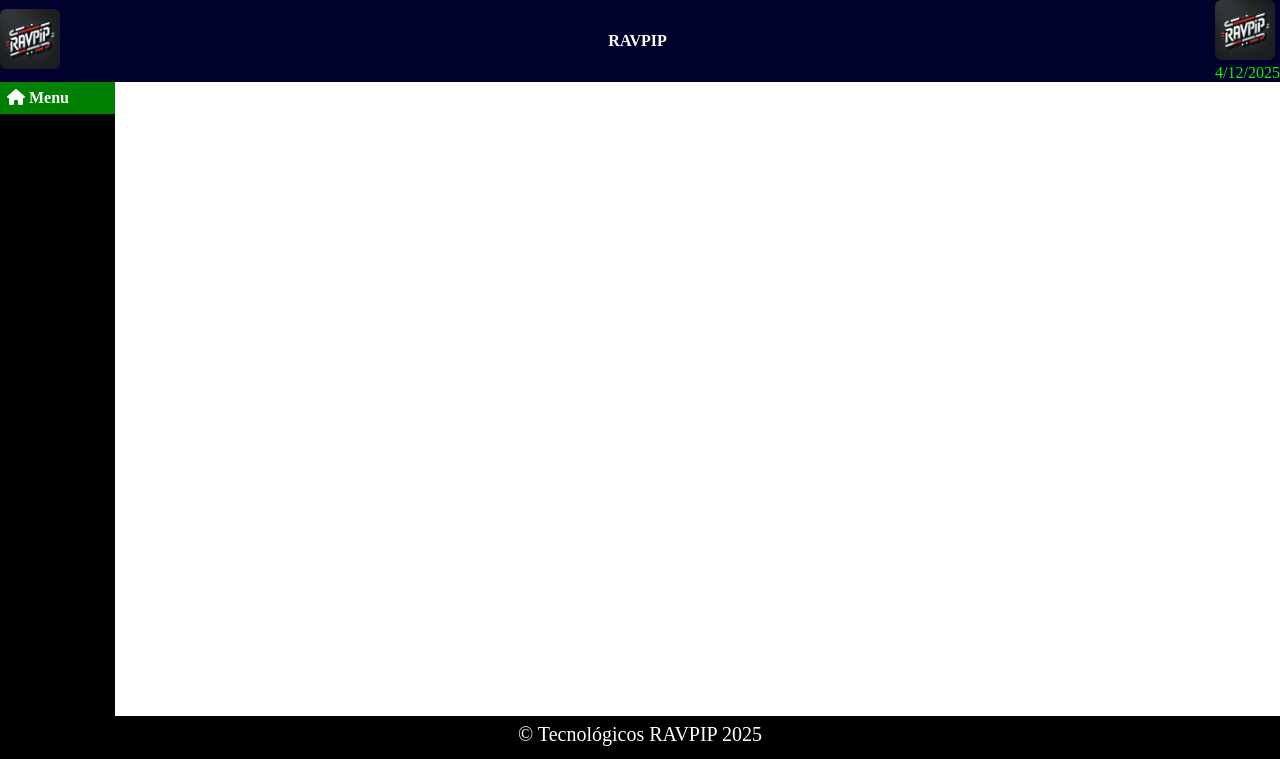
Repository: ye909/RAVPIP
Page: index.html
The author's editor kept a copy of each file at every save. The page is drawn from the files as they stood at one save, then again after the next save.
The browser window is 1280 px wide. The pictures show the whole page.
After loading, the first visible `#historial` was clicked once.
Some web libraries are served in a nearby version.

Above is the page before, as saved 2025-04-12 15:13:44.

### index.html
<!DOCTYPE html>
<html lang="es">

<head>
    <meta charset="UTF-8">
    <meta name="viewport" content="width=device-width, initial-scale=1.0">
    <title>Estado</title>
    <link rel="stylesheet" href="./src/css/heder.css">
    <script src="https://cdn.jsdelivr.net/npm/sweetalert2@11"></script>
    <script src="https://kit.fontawesome.com/5ca3312b29.js" crossorigin="anonymous"></script>
</head>

<body>
    <div class="containerTituloLogo">
        <div><img src="./src/imagenes/logo2.webp" alt="Logo" class="imglogo"></div>
        <h1>RAVPIP</h1>
        <div><img src="./src/imagenes/logo2.webp" alt="Logo" class="imglogo"> <br><span id="fecha"></span></div>

    </div>

    <nav id="contenedornav">
        <ul id="menu1">

            <li><a href="#" aria-label="Abrir Reportes">Reportes</a></li>
            <li><a href="" aria-label="">Bodega</a></li>
            <li><a href="" aria-label="Soporte">Soporte</a></li>
            <li><a href="" aria-label="Inconformida">Inconformida</a></li>
            <li><a href="#" aria-label="Traslados">Traslados</a></li>
            <li><a href="" aria-label="Gestion">Gestion</a></li>
            <li><a href="#"  aria-label="Abrir Historial" id="historial">Historial</a></li>

            <li><a href="" id="itemEstado" aria-label="Abrir Estado">Estado</a></li>
        </ul>
    </nav>


     <di class="contenedorPrincipal">
        <aside id="barraLateralMenu">
            <h2 class="cajaverde" id="cajaverde"><i class="fa-solid fa-house"></i> Menu</h2>
            <div class="sudmenu" id="sudmenu">
                <div><a href="" id="inventario"> <i class="fa-solid fa-calendar"></i> Inventario</a></div>
                <div><a href="./src/templei/ventasPortatil.html"> <i class="fa-solid fa-tag"></i> Ventas</a></div>
                <div><a href="#" id="alquilerlink"><i class="fa-solid fa-handshake" ></i> Alquiler</a></div>
                <div><a href="#"><i class="fa-solid fa-pen-to-square"></i> Bajas</a></div>
                <div><a href="./src/templei/reparicion.html"><i class="fa-solid fa-desktop"></i> Reparación</a></div>
            </div>
        </aside>
        <section class="centrado" id="centrado">

            <div class="containerProgreso" id="containerProgreso">
                <div>Ventas <br>
                    <p>0</p>
                </div>
                <div>Historia <br>
                    <p>0</p>
                </div>
                <div>Alquiler <br>
                    <p>0</p>
                </div>
                <div>Estado <br>
                    <p>0</p>
                </div>
            </div>


            <div class="container">
                <h1>Alquiler de Equipos</h1>
                <form id="rental-form">
                    <div class="form-group">
                        <div>
                            <label for="producto-id">ID del Producto:</label>
                            <input type="number" id="producto-id">
                            <label for="tipo">Tipo:</label>
                            <select id="tipo">
                                <option value="">Seleccione el producto</option>
                                <option value="CPU">CPU</option>
                                <option value="Monitor">Monitor</option>
                                <option value="Computadora">Computadora</option>
                                <option value="Memoria RAM">Memoria RAM</option>
                                <option value="Almacenamiento">Almacenamiento</option>
                                <option value="Tarjeta Gráfica">Tarjeta Gráfica</option>
                                <option value="Refrigeración">Refrigeración</option>
                                <option value="Fuente de Poder">Fuente de Poder</option>
                                <option value="Placa Madre">Placa Madre</option>
                                <option value="Periférico">Periférico</option>
                                <option value="Gabinete">Gabinete</option>
                            </select>
                            <label for="quantity">Cantidad:</label>
                            <input type="number" id="Cantidad"  />
                        </div>

                        <div>
                            <label for="marca">Marca:</label>
                            <input type="text" id="marca">

                            <label for="modelo">Modelo:</label>
                            <input type="text" id="modelo">
                            <label for="fecha">fecha:</label>
                            <input type="date" id="fecha">
                        </div>
                        <div>
                            <label for="Precio">Precio:</label>
                            <input type="number" id="Precio">
                            <label for="days">Días de alquiler:</label>
                            <input type="number" id="diaPrestamo"  /><br><br>
                            <h3>Total del alquiler: <span id="total">$0</span></h3>
                        </div>
                        <div class="form-group">

                            <div>
                                <label for="detalles">Detalles Adicionales:</label>
                                <textarea name="" id="detalles" cols="70" rows="10" ></textarea>
                            </div>
                        </div>


                    </div>
                    <p id="mensajeFormulario"></p>
                    <button type="submit" >Enviar</button>
                </form>


            </div>




        </section>
    </di>
    <footer>
        <p>&copy;  Tecnológicos RAVPIP 2025</p>
      </footer>

    <script src="./src/js/heder.js"></script>

</body>

</html>

### src/css/heder.css
*{
  margin: 0;
  padding: 0;
  background-attachment: fixed;
  background-size: cover;
  transition:0.6 ;
  box-sizing: border-box;
}


.imglogo {
  object-fit: cover;
  width: 60px;
  height: auto;
  flex-shrink: 0;
  border-radius: 6px;
}

:is(.containerTituloLogo,.containerProgreso,.form-group,ul){
  display: flex;
        align-items: center;
        justify-content: space-between;
        /* flex-flow: row; */
        flex-wrap: wrap;
}
.containerTituloLogo{
  background:rgb(1, 1, 45);
  color:white;

}

nav{
width: 100%;
height: auto;

}
ul{
list-style: none;

}

a{
  text-decoration: none;
  font-size: 100%;

}
:is(.colormenu,aside,nav){
  background:black;
}
:is(a,aside){
  color:white;

}
.colormenu{
  width: 10%;
}
:is(.containerProgreso,.colormenu,.sudmenu,.sudmenu div,ul,.cajaverde,p){
  padding: 7px;
}
li a:hover{
  color:yellow;
}
:is(.cajaverde){
  background:green;
  font-size: 100%;
}
.containerTituloLogo h1{
  font-size: 100%;
}

.sudmenu{
  visibility: hidden;

  }
  .submenuHistoria{
    display: none;
  }
  .sudmenu div a{
    font-size: 100%;

  }
  .contenedorPrincipal {
    display: flex;
    width: 100%;
    height: 88vh;
  }
  .container{
    visibility: hidden;
  }
  section.centrado {
   width: 80%;
  overflow: hidden;
  }


  aside {
    flex-basis: 9%;
   height: auto;
  }

.cajaverde{

  cursor: pointer;
}

.containerProgreso div{
  border-radius:80%;
   border-left:blue solid 6px;
   border-top:green solid 6px;
   padding: 30px;
   font-size: 20px;
  }

table {
  text-align: center;
font-size: 20px;
width: 100%;
  border-collapse: collapse;
  background-color: #ffffff;
  box-shadow: 0 4px 8px rgba(0,0,0,0.1);
  margin-top: -140px;

  height: auto;
}

thead {

  background-color: #007bff;
  color: white;

}

th {
  padding: 1rem;
  text-align: center;
  border: 1px solid #ddd;
  font-size: 1.3rem;

}
tr{
  border: 1px solid #6b92f4;
}
p{
font-weight: 15px;
  text-align: center;
}
#tablaComponentes,#containerProgreso{
  visibility: hidden;
}



/* alquiler */



.container {
  background: white;
  padding: 25px;
  border-radius: 10px;
  width: 90%;
  flex-grow: 1;
  margin: auto;
  margin-left: 70px;
  margin-top: -100px;
  box-shadow: 0px 0px 10px 20px rgba(0, 0, 0, 0.1);
}

h1 {
  text-align: center;

}

.form-group {
  margin-bottom: 15px;
}

label {
  display: block;
  font-weight: bold;
 font-size: 20px;
 padding: 5px;
}
form{
  width: 100%;
  padding: 10px;
}
input, select {
  width: 300px;
  padding: 8px;
  border: 1px solid #ccc;
  border-radius: 5px;
  margin-top: 5px;
}
:focus{
  outline:1px #0056b3 solid;
}


button {
  width: 100%;
  padding: 10px;
  background-color: #007bff;
  color: white;
  border: none;
  font-size: 16px;
  cursor: pointer;
  border-radius: 5px;
}

button:hover {
  background-color: #0056b3;
}

.result {
  text-align: center;
  margin-top: 20px;
  font-size: 18px;
  color: #444;
}
 footer {
  width: 100%;
  display: grid;
  grid-template-rows: auto 1fr auto;
  height: 6vh;
  text-align: center;
  background-color:black;
  color: #fff;
 font-size: 20px;

}

### src/js/heder.js
 const fechaheder = document.getElementById("fecha")
const fecha= new Date()
const fechatotal=fecha.toLocaleDateString()
fechaheder.innerText=fechatotal
fechaheder.style.color="rgb(7, 247, 7)"

document.addEventListener("DOMContentLoaded", () => {
    fetch("/src/js/datos.json")
      .then(response => {
        if (!response.ok) {
          throw new Error(`Error al cargar el archivo JSON: ${response.status}`);
        }
        return response.json();
      })
      .then(data => {
        // Verificar si el contenedor "centrado" existe
        const centrado = document.getElementById("centrado");
        if (!centrado) {
          throw new Error("El contenedor #centrado no existe en el DOM.");
        }

        // Crear una sola tabla
        const tablaComputador = document.createElement("table");
        tablaComputador.setAttribute("id", "tablaComponentes");
        tablaComputador.classList.add("tablaComponentes");

        // Crear el encabezado de la tabla
        tablaComputador.innerHTML = `
          <thead>
            <tr>
              <th>Id</th>
              <th>Producto</th>
              <th>Precio</th>
              <th>Imagen</th>
            </tr>
          </thead>
          <tbody></tbody>
        `;

        // Agregar la tabla al contenedor
        centrado.appendChild(tablaComputador);

        // Obtener el cuerpo de la tabla
        const tbody = tablaComputador.querySelector("tbody");

        // Iterar sobre los datos y agregar filas al tbody
        data.forEach((item, index) => {
          const row = document.createElement("tr");
          row.innerHTML = `
            <td>${index + 1}</td>
            <td>${item.name}</td>
            <td>$${item.price}</td>
            <td><img src="${item.image}" alt="${item.name}" style="max-width: 100px;"></td>
          `;
          tbody.appendChild(row); // Agregar la fila al tbody
        });
      })
      .catch(error => {
        console.error("Error:", error);
      });
  });
const cajaverde = document.getElementById("cajaverde");
const inventario = document.getElementById("inventario");
const itemEstado = document.getElementById("itemEstado");
const containerformulario= document.querySelector(".container")

cajaverde.addEventListener("click", () => {
  const sudmenu = document.getElementById("sudmenu");
  sudmenu.style.visibility = "visible";
  cajaverde.remove();
});
inventario.addEventListener("click", (e) => {
  e.preventDefault();
  const tablaComponentes = document.getElementById("tablaComponentes");
  tablaComponentes.style.visibility = "visible";
});
itemEstado.addEventListener("click", (e) => {
  e.preventDefault();
  const containerProgreso = document.getElementById("containerProgreso");
  containerProgreso.style.visibility = "visible";
});

// alquiler formulario
document.getElementById("alquilerlink").addEventListener("click",productoAlquiler)

function productoAlquiler() {

  containerformulario.style.visibility = "visible";
}

document.getElementById("rental-form").addEventListener("submit",productoFormulario)

function productoFormulario(event) {
  event.preventDefault()
  // localStorage.setItem("","")
  const mensajeFormulario = document.getElementById("mensajeFormulario")
  const productoid = document.getElementById("producto-id").value
const tipo = document.getElementById("tipo").value
   const marca = document.getElementById("marca").value
   const modelo = document.getElementById("modelo").value
   const fecha = document.getElementById("fecha").value
   const Precio = document.getElementById("Precio").value
   const Cantidad = document.getElementById("Cantidad").value
   const diaPrestamo = document.getElementById("diaPrestamo").value
   const detalles = document.getElementById("detalles")

if (productoid && tipo && marca && modelo && fecha && Precio && Cantidad && diaPrestamo && detalles) {
  console.log("listo")
   containerformulario.style.visibility = "hidden";
   Swal.fire({
    title: "En hora buena  prestamo realizado",
    icon: "success",
    draggable: true
  });

}else{
  mensajeFormulario.textContent="Lo sentimo hay campos vacios"
 mensajeFormulario.style.fontSize="20px"
 mensajeFormulario.style.color="red"
 mensajeFormulario.style.textAlign="center"
setTimeout(()=>{
  mensajeFormulario.innerText=""
},2500)
}
// esta informacion debe almacenar
console.log(productoid,tipo,marca,modelo,fecha,Precio , Cantidad ,diaPrestamo,detalles)
}


const contenedornav = document.getElementById("contenedornav")
const menu1 = document.getElementById("menu1")

document.getElementById("historial").addEventListener("click",hitorialAlquiler)

function hitorialAlquiler() {
   menu1.style.display="none"
  const menu2 = document.createElement("menu2")
  menu2.classList.add("menuHistorial")
  menu2.innerHTML=`
  <li><a href="">Historial Ventas</a></li>
  <li><a href="./src/templei/historiaAlquiler.html">Historial Alquiler</a></li>
    <li><a href="">Historial Reparación</a></li>
     <li><a href="">Historial Bajas</a></li
  `

console.log(menu2)

}
/*
 */

### src/js/datos.json

[
  { "id": 1,
  "name": "CPU Intel i5",
   "price": 850000,
   "image": "https://via.placeholder.com/200x150?text=CPU+Intel+i5" },
  { "id": 2, "name": "CPU AMD Ryzen 5", "price": 950000, "image": "https://via.placeholder.com/200x150?text=Ryzen+5" },
  { "id": 3, "name": "Mouse Logitech", "price": 70000, "image": "https://via.placeholder.com/200x150?text=Mouse" },
  { "id": 4, "name": "Teclado Mecánico", "price": 120000, "image": "https://via.placeholder.com/200x150?text=Teclado" },
  { "id": 5, "name": "Monitor 24\"", "price": 600000, "image": "https://via.placeholder.com/200x150?text=Monitor" },
  { "id": 6, "name": "Disco SSD 480GB", "price": 220000, "image": "https://via.placeholder.com/200x150?text=SSD" },
  { "id": 7, "name": "Disco HDD 1TB", "price": 180000, "image": "https://via.placeholder.com/200x150?text=HDD" },
  { "id": 8, "name": "Tarjeta de Video GTX 1660", "price": 1350000, "image": "https://via.placeholder.com/200x150?text=GPU" },
  { "id": 9, "name": "Memoria RAM 8GB", "price": 140000, "image": "https://via.placeholder.com/200x150?text=RAM+8GB" },
  { "id": 10, "name": "Gabinete Gamer", "price": 250000, "image": "https://via.placeholder.com/200x150?text=Gabinete" },
  { "id": 11, "name": "Fuente de poder 600W", "price": 180000, "image": "https://via.placeholder.com/200x150?text=PSU+600W" },
  { "id": 12, "name": "Mousepad XL", "price": 40000, "image": "https://via.placeholder.com/200x150?text=Mousepad" },
  { "id": 13, "name": "Cooler para CPU", "price": 85000, "image": "https://via.placeholder.com/200x150?text=Cooler" },
  { "id": 14, "name": "Cámara Web HD", "price": 90000, "image": "https://via.placeholder.com/200x150?text=Webcam" },
  { "id": 15, "name": "Audífonos Gamer", "price": 110000, "image": "https://via.placeholder.com/200x150?text=Headset" },
  { "id": 16, "name": "Tarjeta madre Intel", "price": 480000, "image": "https://via.placeholder.com/200x150?text=Motherboard" },
  { "id": 17, "name": "Tarjeta madre AMD", "price": 500000, "image": "https://via.placeholder.com/200x150?text=Motherboard+AMD" },
  { "id": 18, "name": "Router Wi-Fi", "price": 130000, "image": "https://via.placeholder.com/200x150?text=Router" },
  { "id": 19, "name": "Impresora multifuncional", "price": 600000, "image": "https://via.placeholder.com/200x150?text=Impresora" },
  { "id": 20, "name": "USB 64GB", "price": 45000, "image": "https://via.placeholder.com/200x150?text=USB+64GB" },
  { "id": 21, "name": "Disco Externo 2TB", "price": 370000, "image": "https://via.placeholder.com/200x150?text=Disco+Externo" },
  { "id": 22, "name": "Switch de red", "price": 160000, "image": "https://via.placeholder.com/200x150?text=Switch" },
  { "id": 23, "name": "Cable HDMI", "price": 25000, "image": "https://via.placeholder.com/200x150?text=HDMI" },
  { "id": 24, "name": "Cable SATA", "price": 15000, "image": "https://via.placeholder.com/200x150?text=SATA" },
  { "id": 25, "name": "Antena Wi-Fi USB", "price": 30000, "image": "https://via.placeholder.com/200x150?text=Antena+WiFi" },
  { "id": 26, "name": "Adaptador USB-C", "price": 20000, "image": "https://via.placeholder.com/200x150?text=USB-C" },
  { "id": 27, "name": "Soporte Monitor", "price": 60000, "image": "https://via.placeholder.com/200x150?text=Soporte" },
  { "id": 28, "name": "Lector de tarjetas", "price": 28000, "image": "https://via.placeholder.com/200x150?text=Lector" },
  { "id": 29, "name": "Batería portátil", "price": 85000, "image": "https://via.placeholder.com/200x150?text=Power+Bank" },
  { "id": 30, "name": "Hub USB 4 Puertos", "price": 55000, "image": "https://via.placeholder.com/200x150?text=USB+Hub" }
]

After the next save:
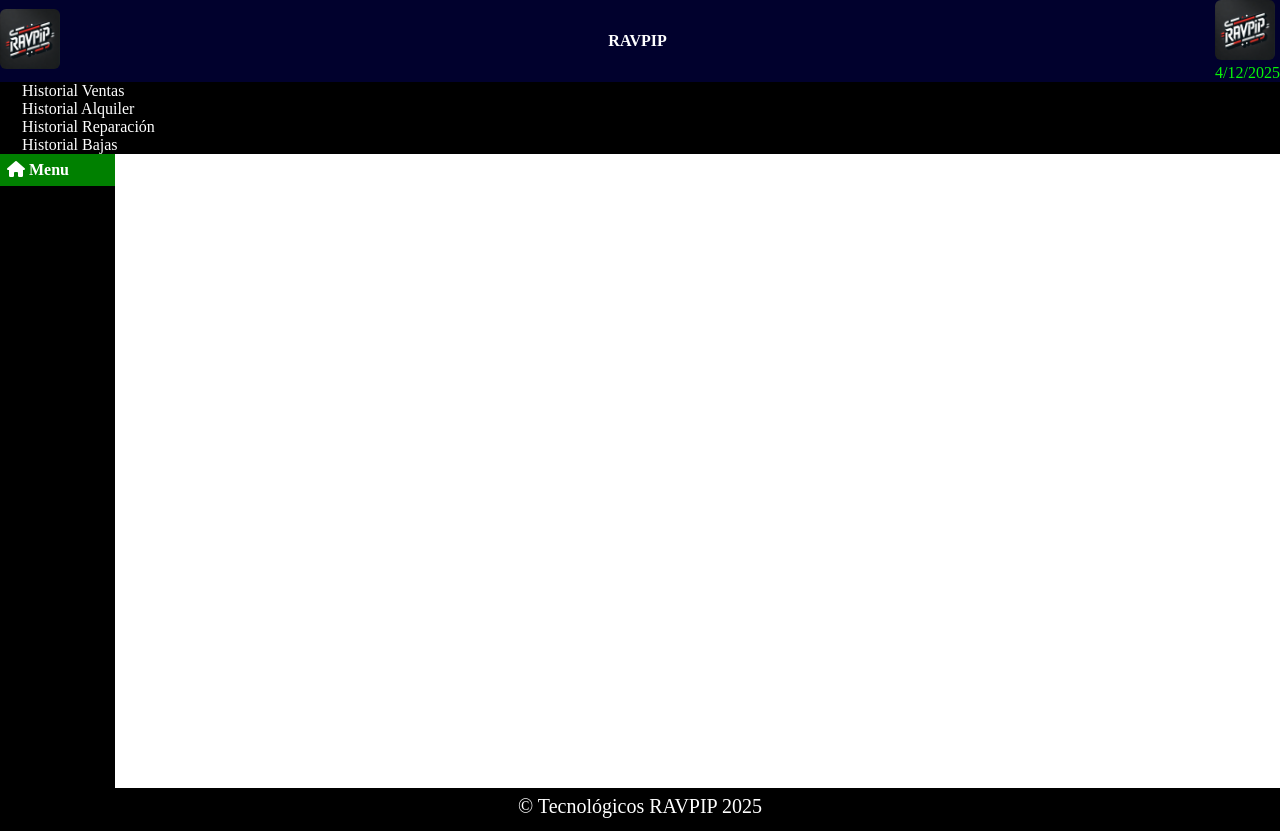
Saved 47 s later.
--- a/src/js/heder.js
+++ b/src/js/heder.js
@@ -142,8 +142,8 @@ function hitorialAlquiler() {
     <li><a href="">Historial Reparación</a></li>
      <li><a href="">Historial Bajas</a></li
   `
-
-console.log(menu2)
+  contenedornav.appendChild(menu2)
+console.log(contenedornav)
 
 }
 /*
